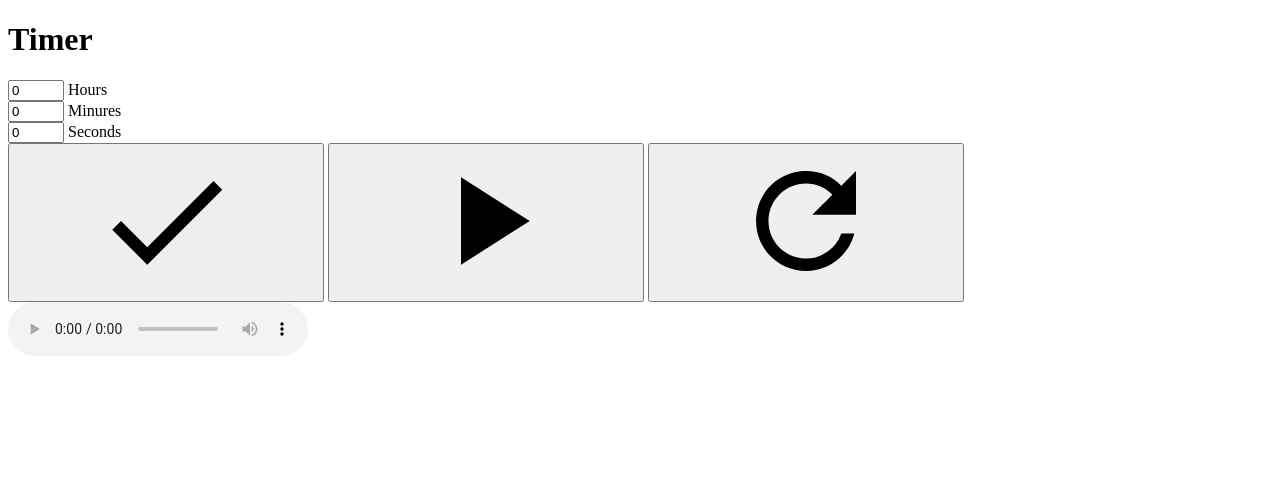
Repository: KrzysKolo/Projekt-12_Timer
Page: index.html
These files come from the project's save history. The page is drawn as it stood at one moment and after the next save; the edit follows.
The browser window is 1280 px wide. The pictures show the whole page.

Above is the page before, as saved 2020-06-24 18:27:57.

After the next save:
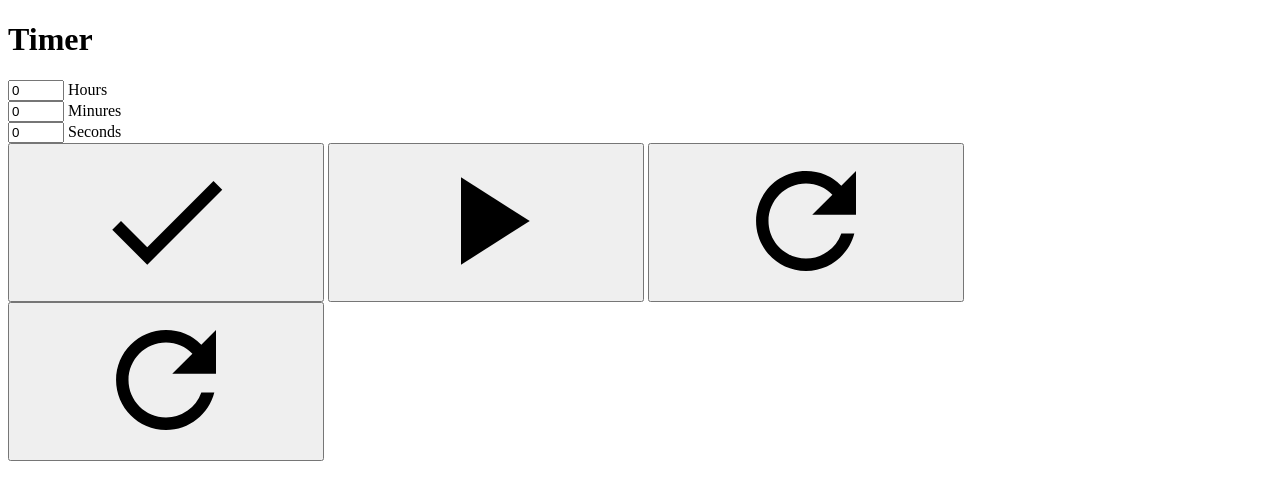
Saved 51 s later.
--- a/index.html
+++ b/index.html
@@ -78,7 +78,12 @@
         </button>
         <!-- dźwięk -->
         <section class="timer__audio">
-          <audio src="./assets/sounds/alarm.mp3" controls loop></audio>
+          <audio src="./assets/sounds/alarm.mp3" loop></audio>
+          <button class="button">
+            <svg class="button__icon">
+              <use xlink:href="./assets/icons/sprite.svg#refresh-24px"></use>
+            </svg>
+          </button>
         </section>
       </article>
     </main>
